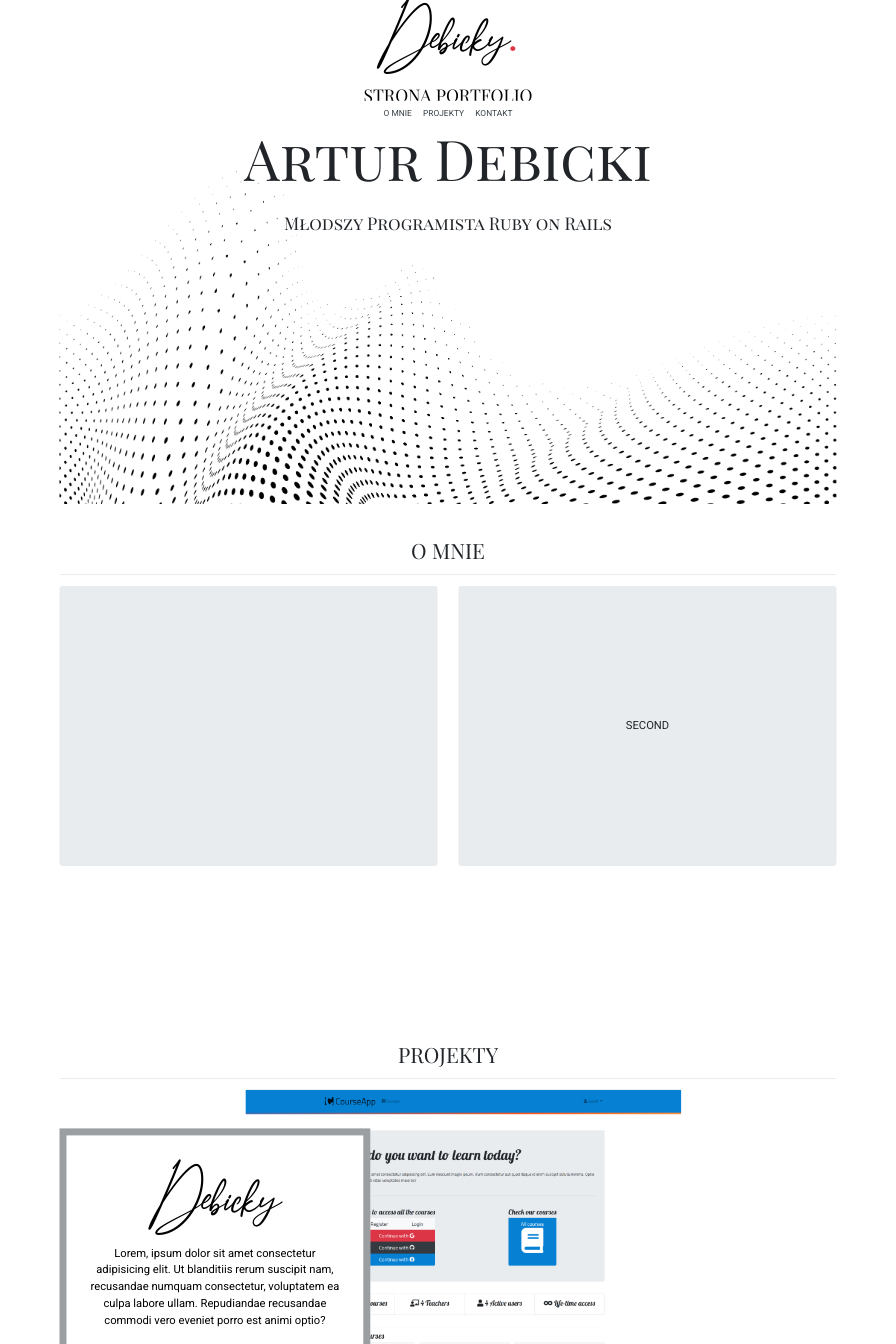
Repository: debicky/debicky.github.io
Page: index.html
The author's editor kept a copy of each file at every save. The page is drawn from the files as they stood at one save, then again after the next save.
The browser window is 1280 px wide. The pictures show the part of the page from y = 0 to 1920 px (the page is 4287 px tall), at 70% of full size.
Some web libraries are served in a nearby version.

Above is the page before, as saved 2020-06-10 16:10:29.

After the next save:
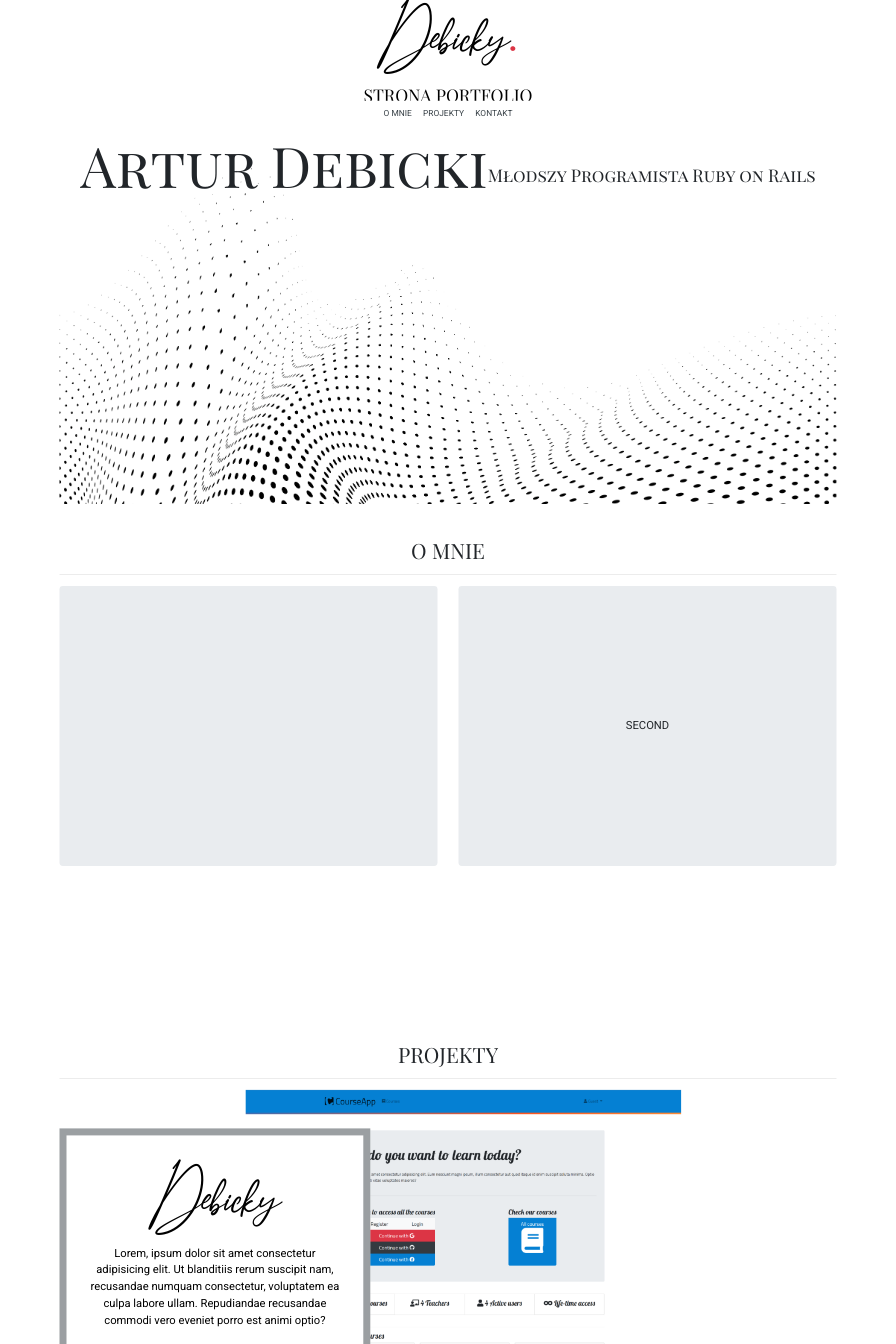
Saved 24 s later.
--- a/styles.css
+++ b/styles.css
@@ -24,8 +24,9 @@ a:hover {
 }
 
 .hero-header{
-  display: flex;
-  flex-direction: column;
+  height: 20vh;
+  width: 100%;
+  display: flex;
   align-items: center;
   justify-content: center;
 

After the save that followed:
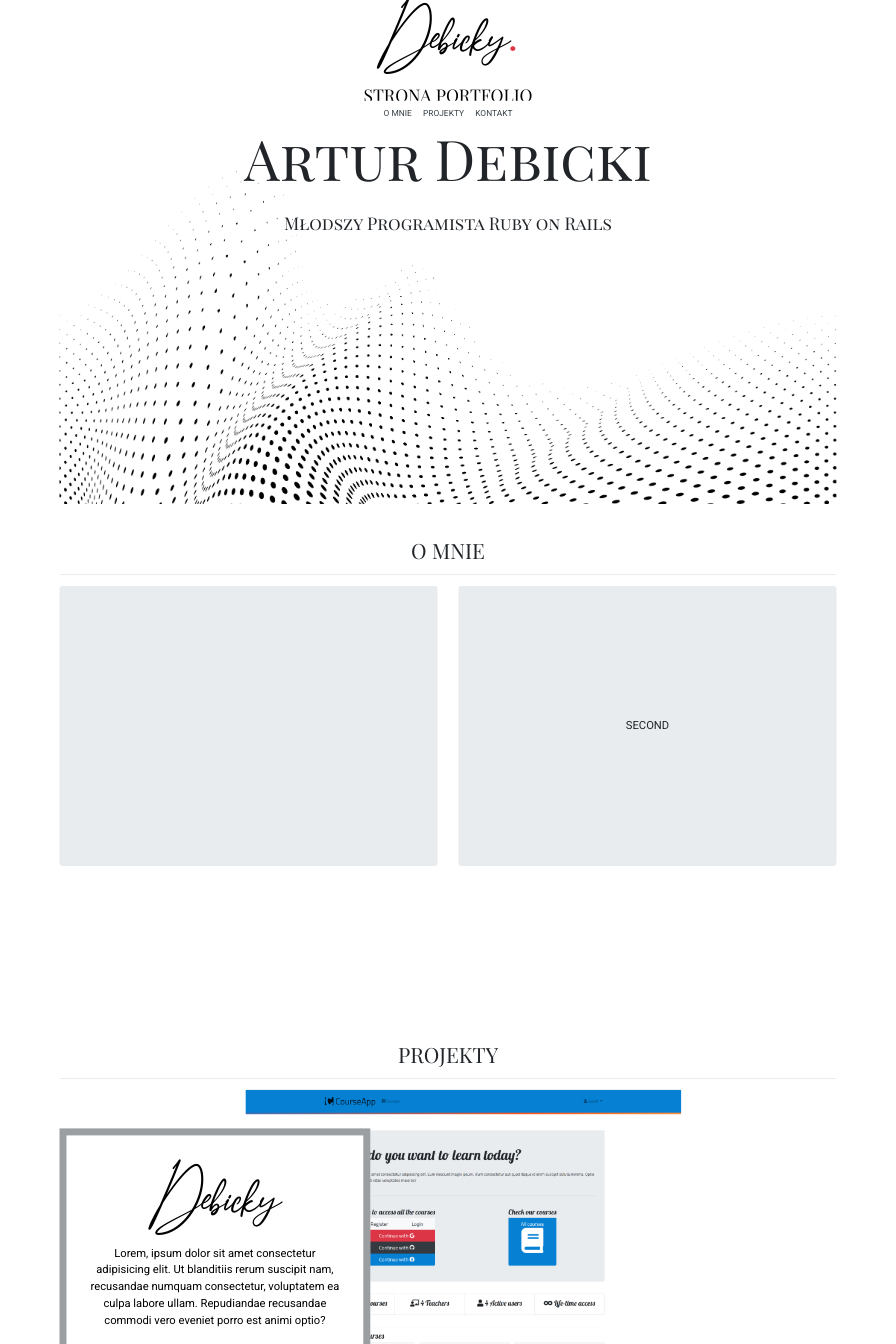
Saved 4 s later.
--- a/styles.css
+++ b/styles.css
@@ -24,9 +24,8 @@ a:hover {
 }
 
 .hero-header{
-  height: 20vh;
-  width: 100%;
-  display: flex;
+  display: flex;
+  flex-direction: column;
   align-items: center;
   justify-content: center;
 
